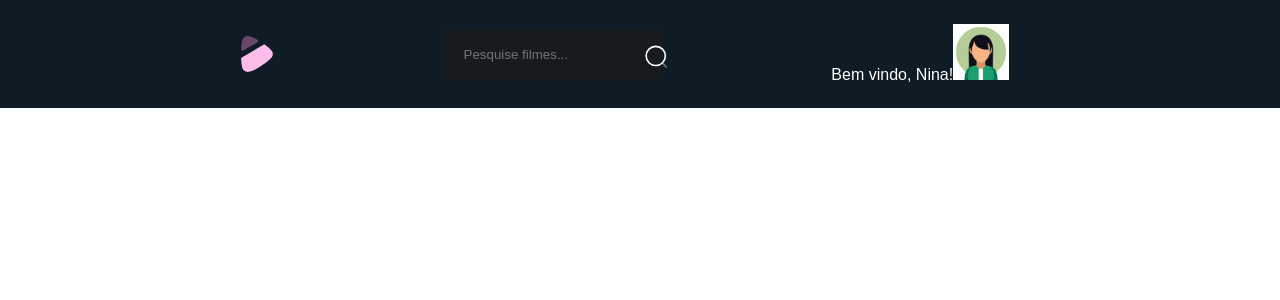
Repository: MilenaMelo/Cubos-Flix
Page: / (app in cubos-flix/)
These files come from the project's save history. The page is drawn as it stood at one moment and after the next save; the edit follows.
The browser window is 1280 px wide. The pictures show the whole page.
The project was rebuilt for these pictures with package versions that can differ from the ones it lists, and the page was loaded fresh each time.

Above is the page before, as saved 2021-06-19 13:19:31.

### cubos-flix/public/index.html
<!DOCTYPE html>
<html lang="en">
  <head>
    <meta charset="utf-8" />
    <link rel="icon" href="%PUBLIC_URL%/favicon.ico" />
    <meta name="viewport" content="width=device-width, initial-scale=1" />
    <meta name="theme-color" content="#000000" />
    <meta
      name="description"
      content="Web site created using create-react-app"
    />
    <link rel="apple-touch-icon" href="%PUBLIC_URL%/logo192.png" />
    <link rel="manifest" href="%PUBLIC_URL%/manifest.json" />
    <title>Cubos Flix</title>
  </head>
  <body>
    <noscript>You need to enable JavaScript to run this app.</noscript>
    <div id="root"></div>

  </body>
</html>

### cubos-flix/src/App.js
import './App.css';
import Navbar from './components/Navbar';

function App() {
  return (
    <div className="app">
      <header>
        <Navbar/>
      </header>
    </div>
  );
}

export default App;

### cubos-flix/src/App.css
* {
    margin: 0px;
    font-family: Manrope, sans-serif;
    color: white;
}

.app {
    background-color: #1d2226;
}

### cubos-flix/src/components/Navbar/index.js
import './style.css'
import logo from '../../assets/images/logo.svg'
import search_icon from '../../assets/images/search-icon.svg'
import profile_img from '../../assets/images/profile.jpg'


function Navbar() {
    return (
        <header className='navbar'>
            <img src={logo} alt="logo"/>
            <div className='search-container'>
                <input className='search-input' type="text" name="Pesquisa" placeholder="Pesquise filmes..."/>
                <img className='search-img' src={search_icon} alt="Input de pesquisa"/>
            </div>
            <div className='profile-container'>
                <span>Bem vindo, Nina!</span>
                <img className='profile-img' src={profile_img} alt="Foto de perfil"/>
            </div>
        </header>
    );
}

export default Navbar;

### cubos-flix/src/components/Navbar/style.css
.navbar {
    display: flex;
    align-items: center;
    justify-content: space-evenly;
    padding: 24px 100px 24px 70px;
    color: #fdfdfd;
    background: #0f1c26;
}

.search-container {
    padding: 14px 16px;
}

.search-container, .search-input {
    outline: 0;
    background: #171b1e;
    border: 1px solid transparent;
}

.search-img {
    width: 24px;
    height: 24px;
    cursor: pointer;
    position: absolute;
}

.profile-img {
    height: 56px;
}

Loaded but not shown: cubos-flix/src/index.js (common file)

After the next save:
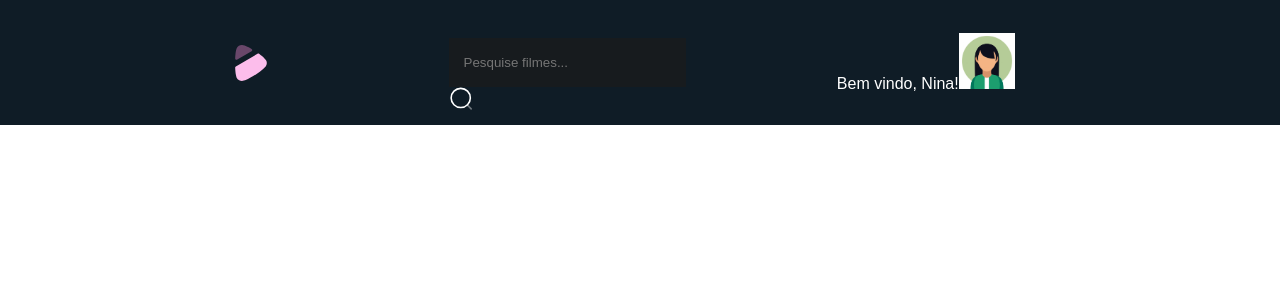
Saved 49 s later.
--- a/cubos-flix/src/components/Navbar/style.css
+++ b/cubos-flix/src/components/Navbar/style.css
@@ -11,7 +11,9 @@
     padding: 14px 16px;
 }
 
-.search-container, .search-input {
+.search-input {
+    width: 100%;
+    padding: 16px 14px;
     outline: 0;
     background: #171b1e;
     border: 1px solid transparent;
